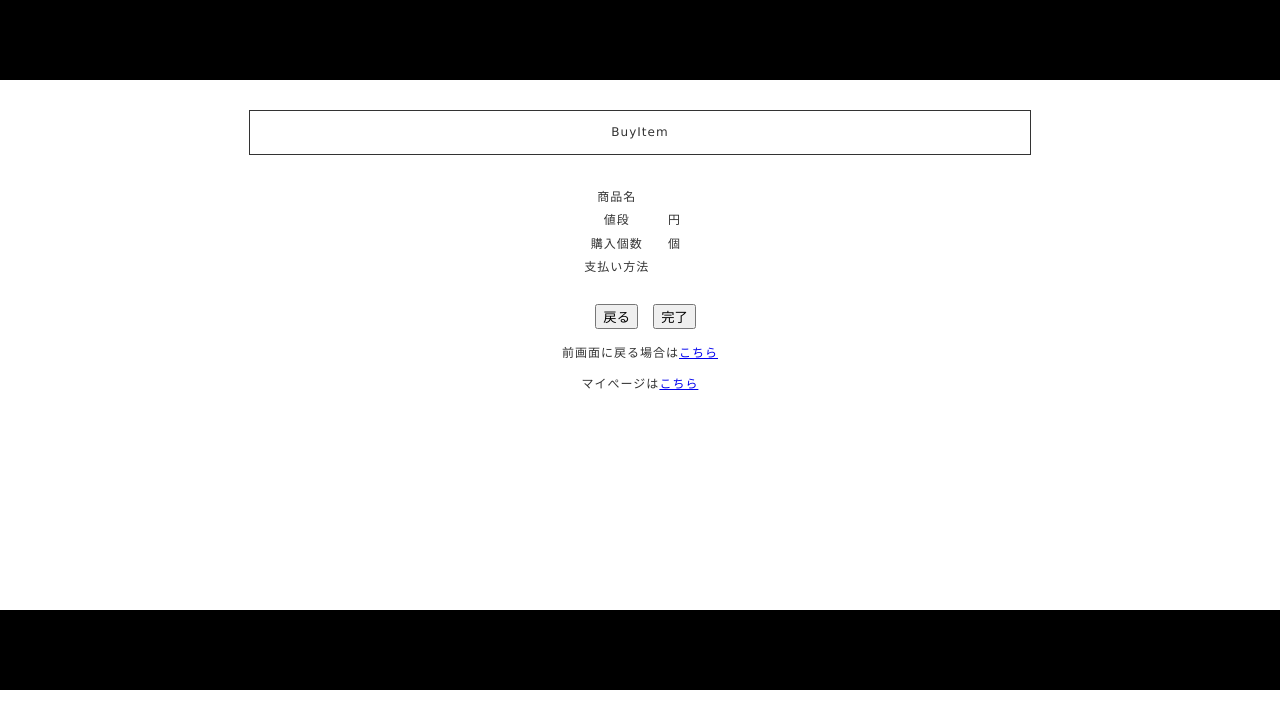
Repository: MurayamaMura/ecsite
Page: http://localhost/ecsite/buyItemConfirm.jsp
An editor plug-in stored every save of this project. The page is shown before and after the next save, followed by the edit.
The browser window is 1280 px wide. The pictures show the whole page.
Some web libraries are served in a nearby version. The page is served by Tomcat 9. Other server files are loaded and not shown.

Above is the page before, as saved 2018-07-23 10:08:05.

### ecsite/WebContent/buyItemConfirm.jsp
<%@ page language="java" contentType="text/html; charset=UTF-8"
pageEncoding="UTF-8"%>
<%@ taglib prefix="s" uri="/struts-tags"%>
<!DOCTYPE html>
<html>
<head>
<meta http-equiv="Content-Type" content="text/html; charset=utf-8" />
<meta http-equiv="Content-Style-Type" content="text/css" />
<meta http-equiv="Content-Script-Type" content="text/javascript" />
<meta http-equiv="imagetoolbar" content="no" />
<meta name="description" content="" />
<meta name="keywords" content="" />
<script src="http://ajax.googleapis.com/ajax/libs/jquery/1.9.1/jquery.min.js"></script>
<title>BuyItemConfirm画面</title>
<style type="text/css">
/* ========TAG LAYOUT======== */
body {
margin:0;
padding:0;
line-height:1.6;
letter-spacing:1px;
font-family:Verdana, Helvetica, sans-serif;
font-size:12px;
color:#333;
background:#fff;
}
table {
text-align:center;
margin:0 auto;"WebContent/buyItemConfirm.jsp"
}
/* ========ID LAYOUT======== */
#top {
width:780px;
margin:30px auto;
border:1px solid #333;
}
#header {
width: 100%;
height: 80px;
background-color: black;
}
#main {
width: 100%;
height: 500px;
text-align: center;
}
#footer {
width: 100%;
height: 80px;
background-color: black;
clear:both;
}
</style>

<script type="text/javascript">
	function submitAction(url) {
		$('form').attr('action', url);
		$('form').submit();
	}
</script>
</head>

<body>
	<div id="header">
		<div id="pr">
		</div>
	</div>
	<div id="main">
		<div id="top">
			<p>BuyItem</p>
		</div>
	<div>
	<s:form>
		<tr>
			<td>商品名</td>
			<td><s:property value="session.buyItem_name" /></td>
		</tr>
		<tr>
			<td>値段</td>
			<td><s:property value="session.total_price" /><span>円</span></td>
		</tr>
		<tr>
			<td>購入個数</td>
			<td><s:property value="session.count" /><span>個</span></td>
		</tr>
		<tr>
			<td>支払い方法</td>
			<td><s:property value="session.pay" /></td>
		</tr>
		<tr>
			<td><br></td>
		</tr>
		<tr>
			<td><input type="button" value="戻る"
				onclick="submitAction('HomeAction')" /></td>
			<td><input type="button" value="完了"
				onclick="submitAction('BuyItemConfirmAction')" /></td>
		</tr>
	</s:form>
	</div>

	<div>
		<p>前画面に戻る場合は<a href='<s:url action="GoHomeAction" />'>こちら</a></p>
		<p>マイぺージは<a href='<s:url action="MyPageAction" />'>こちら</a></p>
	</div>
	</div>

	<div id="footer">
		<div id="pr">
		</div>
	</div>
</body>
</html>

After the next save:
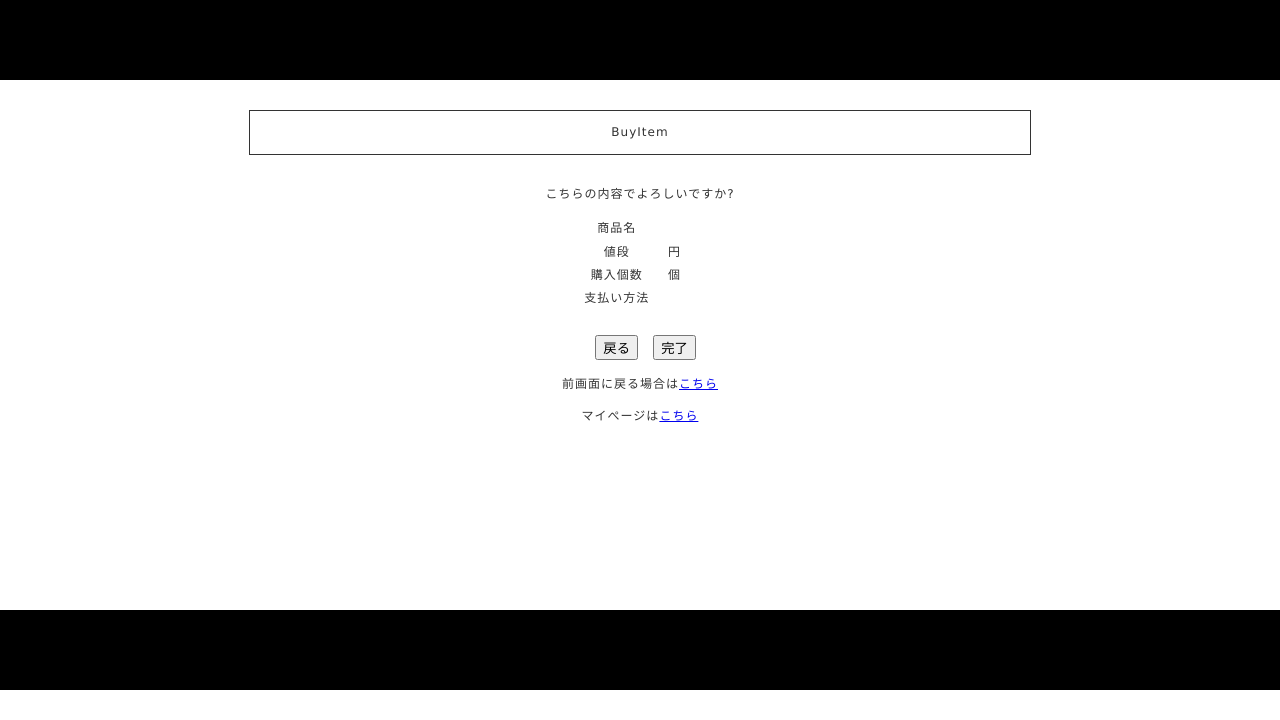
Saved 14 min 52 s later.
--- a/ecsite/WebContent/buyItemConfirm.jsp
+++ b/ecsite/WebContent/buyItemConfirm.jsp
@@ -69,7 +69,9 @@
 		<div id="top">
 			<p>BuyItem</p>
 		</div>
+
 	<div>
+		<p>こちらの内容でよろしいですか?</p>
 	<s:form>
 		<tr>
 			<td>商品名</td>
